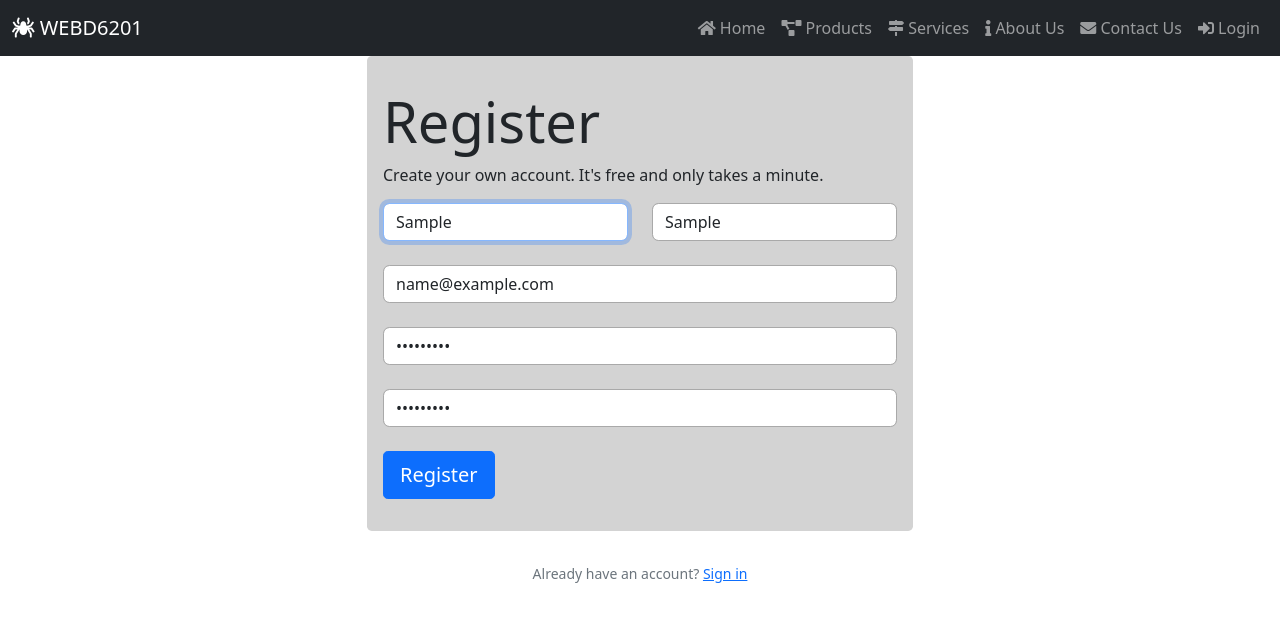
Repository: soumyann/soumyann11.github.io
Page: register.html
These files come from the project's save history. The page is drawn as it stood at one moment and after the next save; the edit follows.
The browser window is 1280 px wide. The pictures show the whole page.
Empty fields were first filled with sample values (such as "Sample", 5 or name@example.com).
After loading, the first visible `#submitButton` was clicked once.

Above is the page before, as saved 2022-02-27 18:33:40.

After the next save:
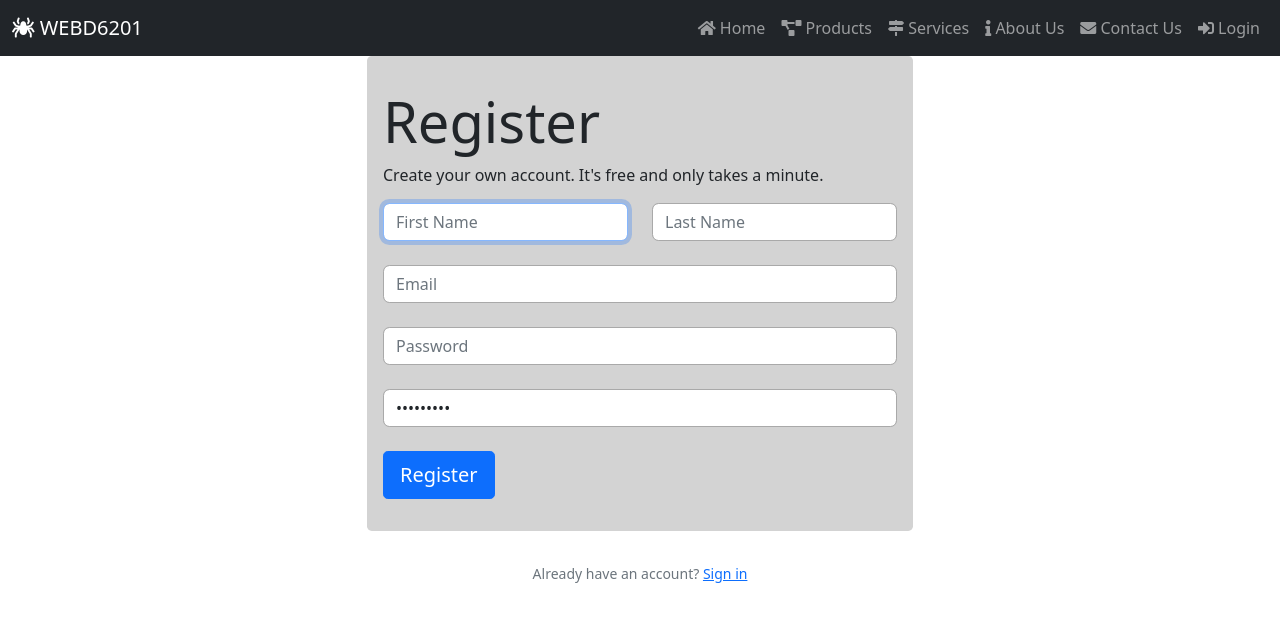
Saved 4 min 17 s later.
--- a/Scripts/app.js
+++ b/Scripts/app.js
@@ -457,18 +457,29 @@
                 $("#submitButton").prop( "disabled", false );
             }
         });
+
+        //Submit button click
         $('#submitButton').click(function (e) {
+            //2.f - button prevent the default form behaviour
             e.preventDefault();
-            let user = new User(document.getElementById("FirstName").value,
+            //2.h - create an instance of the User class and display it in the console
+            let user = new User(
+                document.getElementById("FirstName").value,
                 document.getElementById("lastName").value,
                 document.getElementById("emailAddress").value,
                 document.getElementById("password").value);
             console.log(user);
 
-        });
-
-    }
-
+            document.getElementById("FirstName").value = '';
+            document.getElementById("lastName").value = '';
+            document.getElementById("emailAddress").value = '';
+            document.getElementById("password").value = '';
+            document.getElementById("FirstName").focus();
+        });
+
+    }
+
+    //2.g User Class. Create a JavaScript Class named User
     class User{
 
         constructor(firstName, lastName, email, password) {
